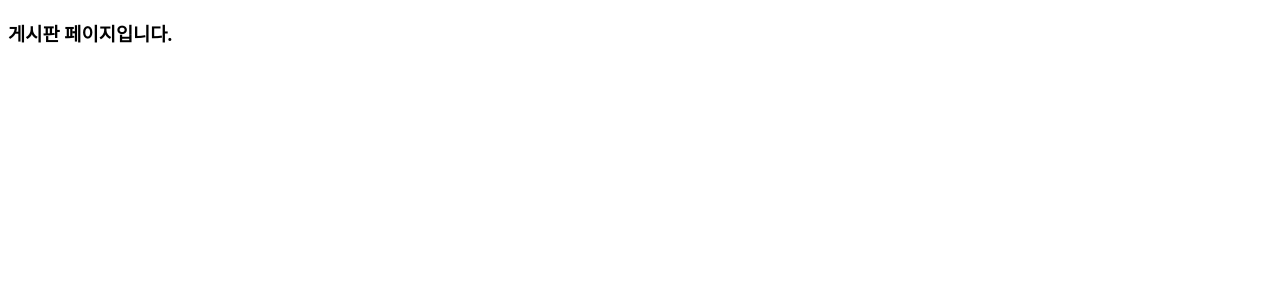
Repository: HeeJaeRA/Yedam
Page: Dev/workspace/helloWeb/src/main/webapp/board/board.html
An editor plug-in stored every save of this project. The page is shown before and after the next save, followed by the edit.
The browser window is 1280 px wide. The pictures show the whole page.

Above is the page before, as saved 2023-10-24 01:16:33.

### Dev/workspace/helloWeb/src/main/webapp/board/board.html
<!DOCTYPE html>
<html>
<head>
<meta charset="UTF-8">
<title>Insert title here</title>
</head>
<body>
	<!--http://192.168.0.47:8080/helloWeb/board/board.html-->
	<h3>게시판 페이지입니다.</h3>
</body>
</html>

After the next save:
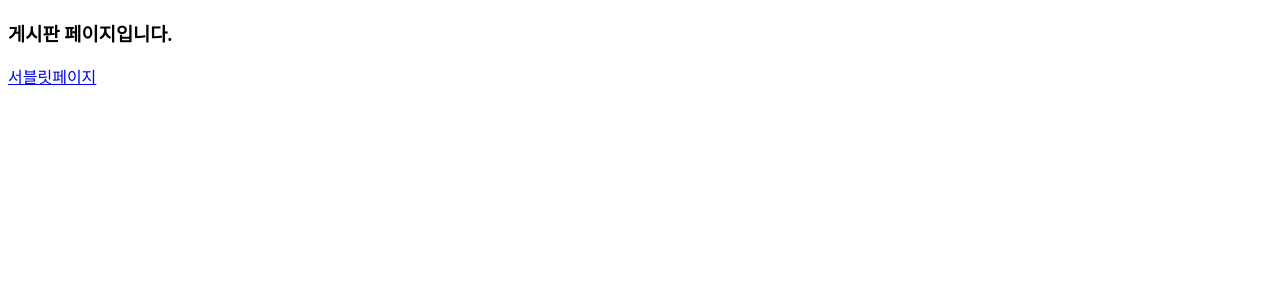
Saved 31 s later.
--- a/Dev/workspace/helloWeb/src/main/webapp/board/board.html
+++ b/Dev/workspace/helloWeb/src/main/webapp/board/board.html
@@ -7,5 +7,6 @@
 <body>
 	<!--http://192.168.0.47:8080/helloWeb/board/board.html-->
 	<h3>게시판 페이지입니다.</h3>
+	<a href="LoginServlet">서블릿페이지</a><br>
 </body>
 </html>
